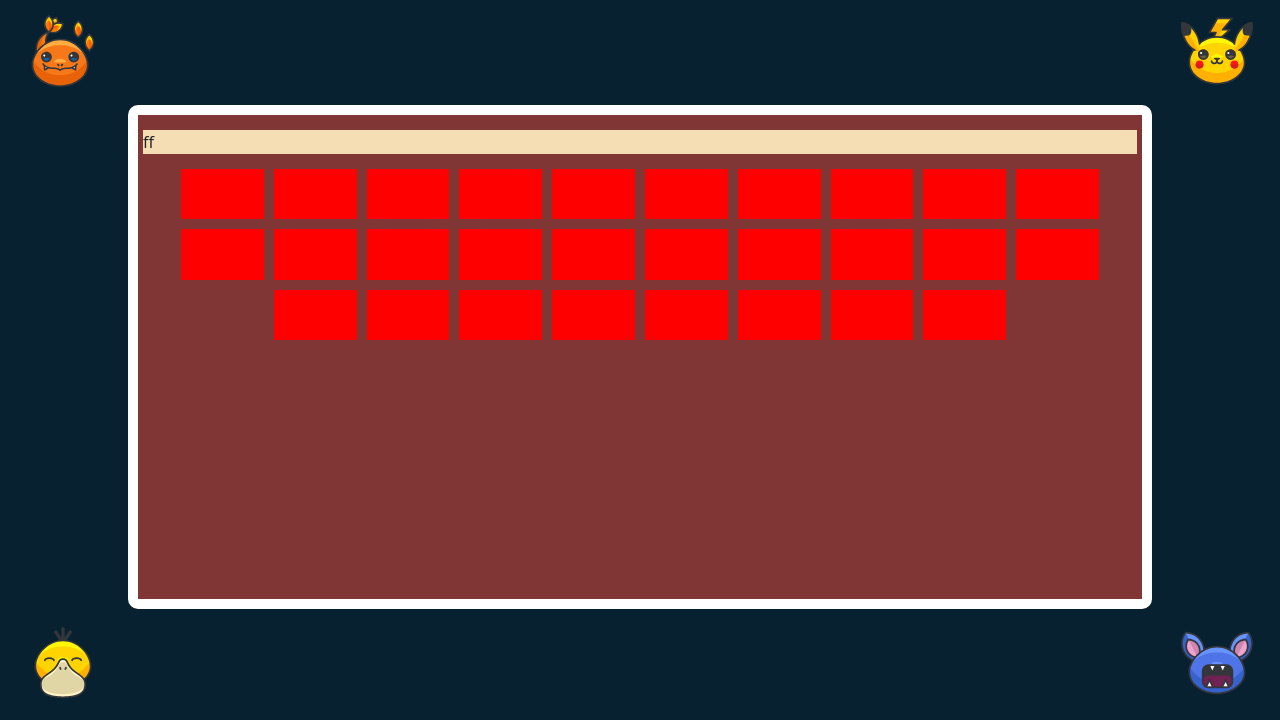
Repository: bechara611/pokedex
Page: /
An editor plug-in stored every save of this project. The page is shown before and after the next save, followed by the edit.
The browser window is 1280 px wide. The pictures show the whole page.
The project was rebuilt for these pictures with package versions that can differ from the ones it lists, and the page was loaded fresh each time. Also part of the build but not shown: vite.config.js.

Above is the page before, as saved 2023-01-16 17:55:47.

### index.html
<!DOCTYPE html>
<html lang="en">
  <head>
    <meta charset="UTF-8" />
    <link rel="icon" type="image/svg+xml" href="/pokedex.svg" />
    <meta name="viewport" content="width=device-width, initial-scale=1.0" />
    <title>Pokedex- DB</title>
  </head>
  <link href="https://cdn.jsdelivr.net/npm/bootstrap@5.2.3/dist/css/bootstrap.min.css" rel="stylesheet" integrity="sha384-rbsA2VBKQhggwzxH7pPCaAqO46MgnOM80zW1RWuH61DGLwZJEdK2Kadq2F9CUG65" crossorigin="anonymous">
  <body>
    <div id="root"></div>
    <script type="module" src="/src/main.jsx"></script>
    <script src="https://cdn.jsdelivr.net/npm/bootstrap@5.2.3/dist/js/bootstrap.bundle.min.js" integrity="sha384-kenU1KFdBIe4zVF0s0G1M5b4hcpxyD9F7jL+jjXkk+Q2h455rYXK/7HAuoJl+0I4" crossorigin="anonymous"></script>
  </body>
</html>

### src/main.jsx

import ReactDOM from 'react-dom/client'
import { BrowserRouter } from 'react-router-dom'
import { PokedexRouter } from './router/PokedexRouter'




ReactDOM.createRoot(document.getElementById('root')).render(

  <BrowserRouter>
  <PokedexRouter></PokedexRouter>
  </BrowserRouter>

)

### src/router/PokedexRouter.jsx
import React from 'react'
import { Navigate, Route, Routes } from 'react-router'
import { App } from '../App'

export const PokedexRouter = () => {
  return (
//*Rutas de la aplicacion utilizando react-router-dom
    <Routes>
    <Route path='/' element={<App></App>}></Route>
//*Aca se establece una ruta por defecto que usara un navigate para ir a / la cual es App.
<Route path='*' element={<Navigate to={'/'}></Navigate>}></Route>
    </Routes>
  )
}

### src/App.jsx
import React from 'react'
import { Marcos } from '../ui/components/Marcos'
import { PokedexListado } from './pokedex/components/PokedexListado'

import 'animate.css'

export const App = () => {
  return (
    <Marcos>
    <PokedexListado></PokedexListado>
    </Marcos>

  )
}

### ui/components/Marcos.jsx
import React from 'react'
import './Marcos.css'
import charmander from './../../src/assets/charmander.svg'
import pikachu from './../../src/assets/pikachu.svg'
import psyduck from './../../src/assets/psyduck.svg'
import zubat from './../../src/assets/zubat.svg'
export const Marcos = ({ children }) => {
    return (
        <>

            <div className="container-fluid fondo ">
                <div className="contenedor">
                    <div className="row fila">
                        <img src={charmander} className='iconos animate__animated animate__bounce' alt="" />
                        <img src={pikachu} className='iconos animate__animated animate__bounce' alt="" />
                    </div>


                   { /*ESTE ES EL DIV DEL CENTRO DONDE VA O EL CHILDREN QUE SON LOS DEMAS COMPONENTES Y TODO LO DEMAS*/}
                    <div className="centro col-12">
                  {children}

                    </div>
                    <div className="row fila">
                        <img src={psyduck} className='iconos animate__animated animate__bounce' alt="" />
                        <img src={zubat} className='iconos animate__animated animate__bounce' alt="" />
                    </div>
                </div>
            </div>
        </>
    )
}

### src/pokedex/components/PokedexListado.jsx
import React, { useState } from 'react'
import './PokedexListado.css'
export const PokedexListado = () => {

    //TODO cambiar esto por el estado del redux
    const [pokemones, setpokemones] = useState([{
        url: 'url1',
        name: 'Pikachu'
    }])
    return (

        <div className="col-12 contenedor-listado">
        <div className="col-12 contenedor-menu">ff</div>
        <div className="col-md-1 col-3  listado-cajita"></div>
        <div className="col-md-1 col-3  listado-cajita"></div>
        <div className="col-md-1 col-3  listado-cajita"></div>
        <div className="col-md-1 col-3  listado-cajita"></div>
        <div className="col-md-1 col-3  listado-cajita"></div>
        <div className="col-md-1 col-3  listado-cajita"></div>
        <div className="col-md-1 col-3  listado-cajita"></div>
        <div className="col-md-1 col-3  listado-cajita"></div>
        <div className="col-md-1 col-3  listado-cajita"></div>
        <div className="col-md-1 col-3  listado-cajita"></div>
        <div className="col-md-1 col-3  listado-cajita"></div>
        <div className="col-md-1 col-3  listado-cajita"></div>
        <div className="col-md-1 col-3  listado-cajita"></div>
        <div className="col-md-1 col-3  listado-cajita"></div>
        <div className="col-md-1 col-3  listado-cajita"></div>
        <div className="col-md-1 col-3  listado-cajita"></div>
        <div className="col-md-1 col-3  listado-cajita"></div>
        <div className="col-md-1 col-3  listado-cajita"></div>
        <div className="col-md-1 col-3  listado-cajita"></div>
        <div className="col-md-1 col-3  listado-cajita"></div>
        <div className="col-md-1 col-3  listado-cajita"></div>
        <div className="col-md-1 col-3  listado-cajita"></div>
        <div className="col-md-1 col-3  listado-cajita"></div>
        <div className="col-md-1 col-3  listado-cajita"></div>
        <div className="col-md-1 col-3  listado-cajita"></div>
        <div className="col-md-1 col-3  listado-cajita"></div>
        <div className="col-md-1 col-3  listado-cajita"></div>
        <div className="col-md-1 col-3  listado-cajita"></div>

        </div>
    )
}

### ui/components/Marcos.css
.fondo{
    background: rgb(7, 33, 48);
    height: 100vh;
}
.contenedor {
    display: flex;
    flex-direction: column;
    justify-content: space-between;
    min-height: 95vh;
    max-height: 100vh;
    max-width: 100%;
    min-width: 100%;
}

.fila {
    height: 10vh;

    display: flex;
    flex-direction: row;
    justify-content: space-between;
    padding: 1%;
}


.iconos{
 width:100px;
}

.centro{
    border: 0px solid black;
    display: flex;
    align-self: center;
    vertical-align: center;
    height:70vh;
    width: 80vw;
    background: white;
    padding: 10px;
    border-radius: 10px;
    margin-top: 30px;

}
/*!Responsive*/

/*?Cuando llegue a 230px las pokebolas del marco se colocaran mas small para evitar que se bajen*/

@media(max-width:250px){
    .iconos{
     width: 80px;
    }
}
@media(max-width:176px){
    .iconos{
     width: 65px;
    }
}

### src/pokedex/components/PokedexListado.css
.contenedor-listado{
    background: rgb(129, 54, 54);
    width: 100%;
    display: flex;
    flex-direction: row;
    padding: 5px;
    flex-wrap: wrap;
    justify-items: flex-start;
    justify-content: center;
    align-content: flex-start;
    overflow-y: auto;
    overflow-x: hidden;
}
.contenedor-menu{
    background: wheat;
    margin: 10px;
}

.listado-cajita{
   margin: 5px;
    background: red;
    height: 7vh;

}

After the next save:
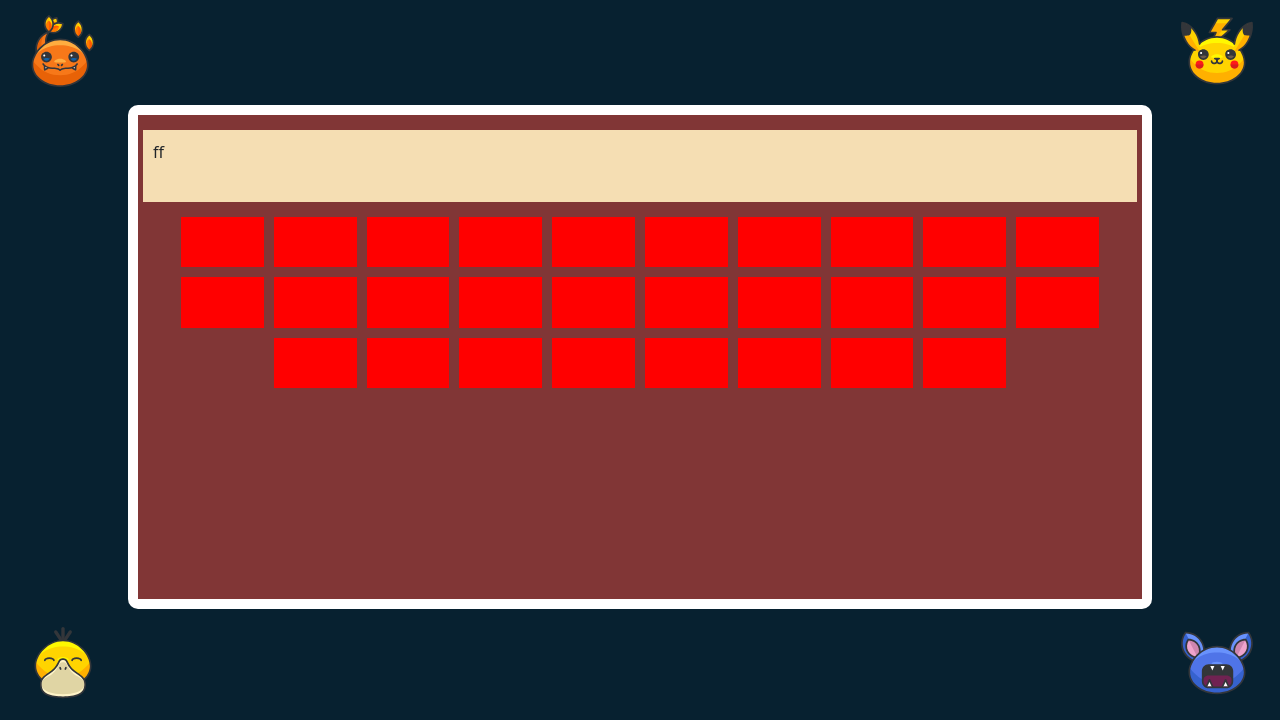
Saved 12 s later.
--- a/src/pokedex/components/PokedexListado.css
+++ b/src/pokedex/components/PokedexListado.css
@@ -14,6 +14,8 @@
 .contenedor-menu{
     background: wheat;
     margin: 10px;
+    padding: 10px;
+    height: 10vh;
 }
 
 .listado-cajita{
